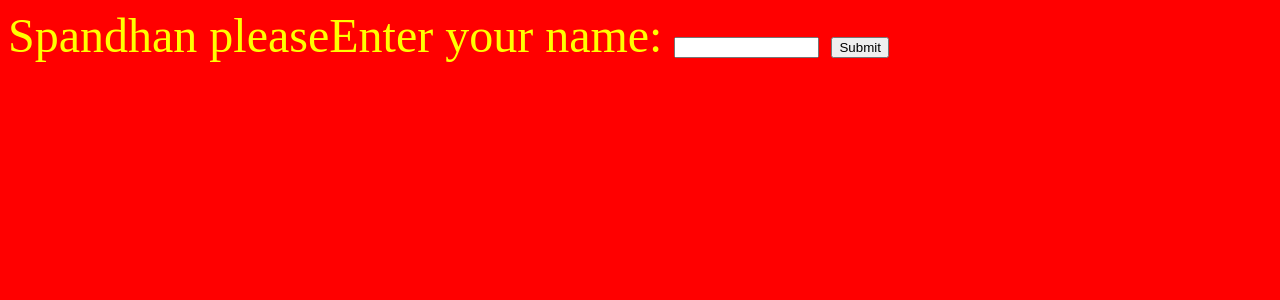
Repository: neerajagrrawal/Day8
Page: HelloWorld/WebContent/home.html
The author's editor kept a copy of each file at every save. The page is drawn from the files as they stood at one save, then again after the next save.
The browser window is 1280 px wide. The pictures show the whole page.

Above is the page before, as saved 2018-09-05 09:30:15.

### HelloWorld/WebContent/home.html
<!DOCTYPE html>
<html>
<head>
<meta charset="ISO-8859-1">
<title>Insert title here</title>
</head>
<body bgcolor="red">
<font color="yellow" size="15">
<form action="greet" method="post">
<label>Spandhan pleaseEnter your name:</label>
<input type="text" name="username" size=15>
<input type="submit">
</form>
</body>
</html>

After the next save:
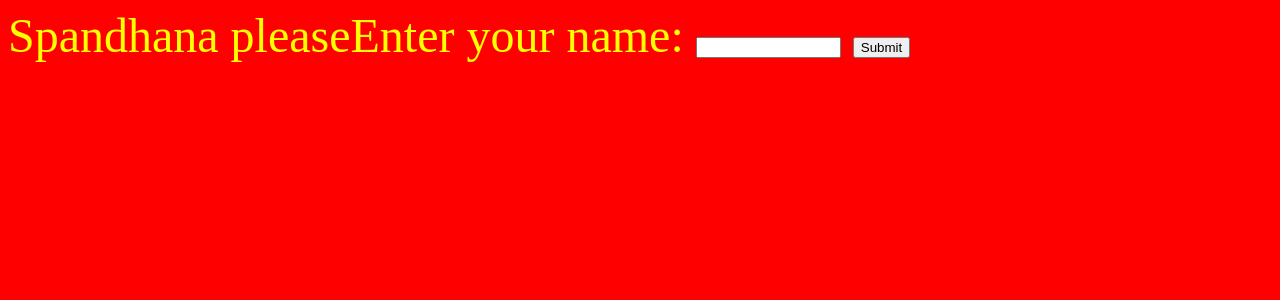
Saved 7 s later.
--- a/HelloWorld/WebContent/home.html
+++ b/HelloWorld/WebContent/home.html
@@ -7,7 +7,7 @@
 <body bgcolor="red">
 <font color="yellow" size="15">
 <form action="greet" method="post">
-<label>Spandhan pleaseEnter your name:</label>
+<label>Spandhana pleaseEnter your name:</label>
 <input type="text" name="username" size=15>
 <input type="submit">
 </form>
